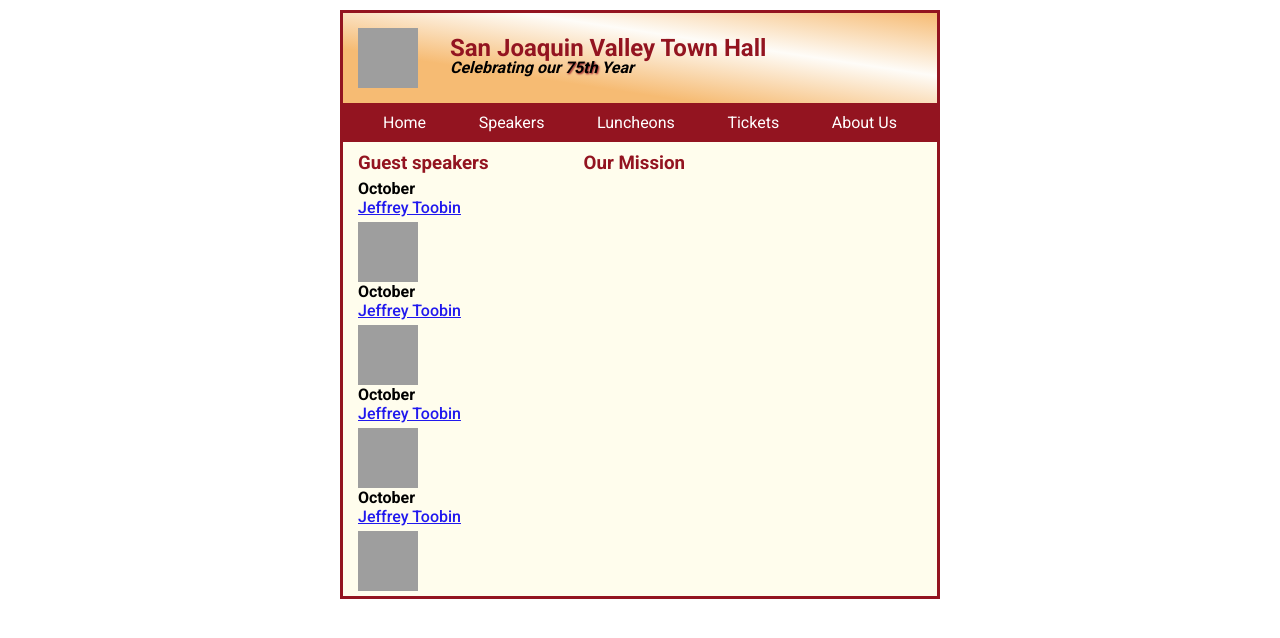
Repository: Mannj-nef/ex-5-6-7-8_IvVettech
Page: index.html
These files come from the project's save history. The page is drawn as it stood at one moment and after the next save; the edit follows.
The browser window is 1280 px wide. The pictures show the whole page.
Pictures or frames that could not be fetched are drawn as grey boxes.

Above is the page before, as saved 2022-03-24 21:54:57.

### index.html
<!DOCTYPE html>
<html lang="en">
  <head>
    <meta charset="UTF-8" />
    <meta http-equiv="X-UA-Compatible" content="IE=edge" />
    <meta name="viewport" content="width=device-width, initial-scale=1.0" />
    <link rel="stylesheet" href="./Asset/style.css" />
    <link rel="preconnect" href="https://fonts.googleapis.com" />
    <link rel="preconnect" href="https://fonts.gstatic.com" crossorigin />
    <link
      href="https://fonts.googleapis.com/css2?family=Roboto:wght@300;400;500;700&display=swap"
      rel="stylesheet"
    />
    <title>Exercise5-6</title>
    <link
      rel="shortcut icon"
      href="https://iviettech.vn/wp-content/themes/viettech/img/front/favicon.ico"
      type="image/x-icon"
    />
  </head>
  <body>
    <div id="app">
      <header id="header">
        <div class="header-top">
          <div class="header-image__wrapper">
            <img
              src="https://source.unsplash.com/random"
              alt=""
              class="header-image"
            />
          </div>
          <div class="header-main">
            <h2 class="header-main__title">San Joaquin Valley Town Hall</h2>
            <p class="header-main__decs">
              Celebrating our
              <span class="header-main__decs-b"
                >75 <span class="header-main__decs-c">th</span>
              </span>
              Year
            </p>
          </div>
        </div>
        <div class="header-nav">
          <ul class="header-nav__list">
            <li class="header-nav__item">
              <a href="" class="header-nav__link">Home</a>
            </li>
            <li class="header-nav__item">
              <a href="" class="header-nav__link">Speakers</a>
            </li>
            <li class="header-nav__item">
              <a href="" class="header-nav__link">Luncheons</a>
            </li>
            <li class="header-nav__item">
              <a href="" class="header-nav__link">Tickets</a>
            </li>
            <li class="header-nav__item">
              <a href="" class="header-nav__link">About Us</a>
            </li>
          </ul>
        </div>
      </header>
      <section id="content">
        <div class="content-left">
          <h3 class="content-title">Guest speakers</h3>

          <div class="content-left__member">
            <p class="content-left__member-month">October</p>
            <a href="" class="content-left__member-link">Jeffrey Toobin</a>
            <div class="content-left__member-avata-wrapper">
              <img
                src="https://source.unsplash.com/random"
                alt=""
                class="content-left__member-avata"
              />
            </div>
          </div>
          <div class="content-left__member">
            <p class="content-left__member-month">October</p>
            <a href="" class="content-left__member-link">Jeffrey Toobin</a>
            <div class="content-left__member-avata-wrapper">
              <img
                src="https://source.unsplash.com/random"
                alt=""
                class="content-left__member-avata"
              />
            </div>
          </div>
          <div class="content-left__member">
            <p class="content-left__member-month">October</p>
            <a href="" class="content-left__member-link">Jeffrey Toobin</a>
            <div class="content-left__member-avata-wrapper">
              <img
                src="https://source.unsplash.com/random"
                alt=""
                class="content-left__member-avata"
              />
            </div>
          </div>
          <div class="content-left__member">
            <p class="content-left__member-month">October</p>
            <a href="" class="content-left__member-link">Jeffrey Toobin</a>
            <div class="content-left__member-avata-wrapper">
              <img
                src="https://source.unsplash.com/random"
                alt=""
                class="content-left__member-avata"
              />
            </div>
          </div>
        </div>
        <div class="constent-right">
          <h3 class="content-title">Our Mission</h3>
        </div>
      </section>
    </div>
  </body>
</html>

### Asset/style.css
* {
  margin: 0;
  padding: 0;
  box-sizing: border-box;
}
html {
  font-family: "Roboto", sans-serif;
}
:root {
  --prymary-color: #931420;
  --white-color: #fff;
  --yellow-color: #ebc700;
  --blue-color: #2119ee;
  --size: 60px;
}

#app {
  margin: 10px auto;
  width: 600px;
  border: 3px solid var(--prymary-color);
}

#header {
}
.header-top {
  padding: 15px;
  display: flex;
  align-items: center;
  background-image: linear-gradient(
    to right top,
    #f6bb73 30%,
    #fefcf8,
    #f6bb73
  );
}
.header-image__wrapper {
  width: var(--size);
  height: var(--size);
  margin-right: 2em;
}
.header-image {
  width: 100%;
  height: 100%;
}
.header-main {
  line-height: 20px;
}
.header-main__title {
  color: var(--prymary-color);
}
.header-main__decs {
  color: #000;
  font-weight: 600;
  font-style: italic;
}
.header-main__decs-b {
  display: inline-flex;
  text-shadow: 1px 1px 2px var(--prymary-color);
}
.header-nav {
  background-color: var(--prymary-color);
}
.header-nav__list {
  list-style: none;
  display: flex;
  justify-content: space-between;
  padding: 0 20px;
}
.header-nav__item {
  padding: 10px 20px;
}
.header-nav__link {
  font-weight: 400;
  text-decoration: none;
  color: var(--white-color);
}
.header-nav__item:hover .header-nav__link {
  color: var(--yellow-color);
}

#content {
  background-color: #fffded;
  padding: 10px 15px;
  display: flex;
}

.content-left {
  width: 40%;
}
.content-title {
  color: var(--prymary-color);
}
.content-left__member {
}
.content-left__member-month {
  margin-top: 5px;
  font-weight: 600;
}
.content-left__member-link {
  font-weight: 500;
  color: var(--blue-color);
}
.content-left__member-avata-wrapper {
  width: var(--size);
  height: var(--size);
}
.content-left__member-avata {
  margin-top: 5px;
  width: 100%;
  height: 100%;
}
.constent-right {
  width: 60%;
}

After the next save:
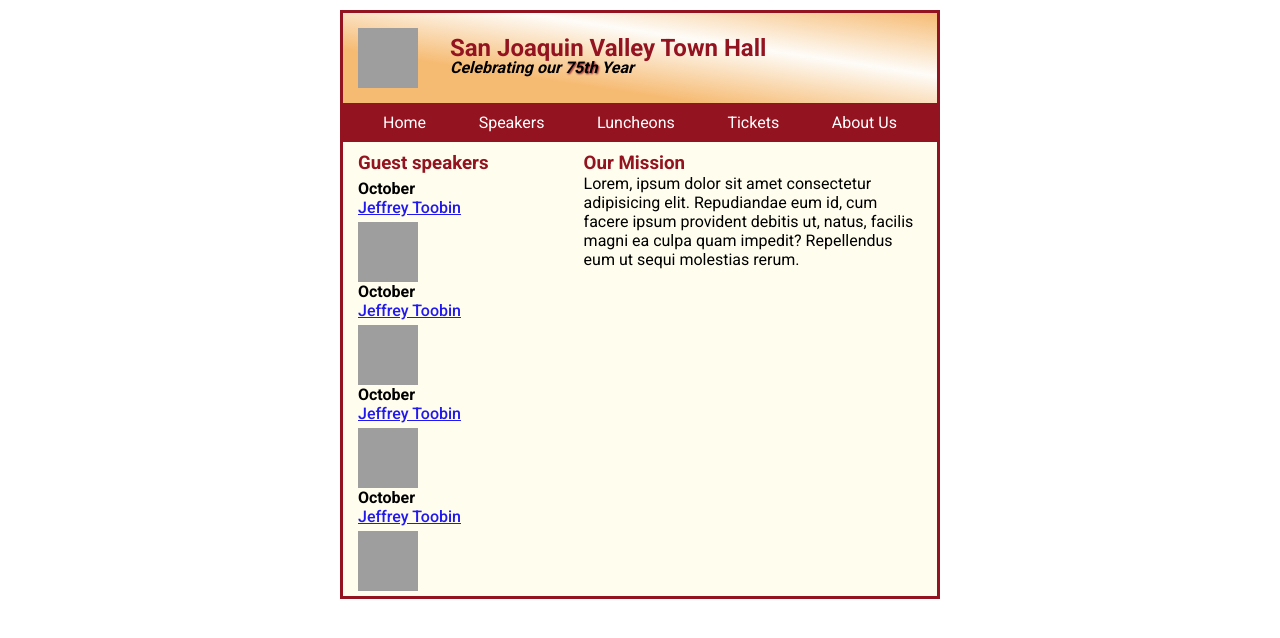
Saved 89 s later.
--- a/index.html
+++ b/index.html
@@ -111,6 +111,12 @@
         </div>
         <div class="constent-right">
           <h3 class="content-title">Our Mission</h3>
+          <p class="constent-right__desc">
+            Lorem, ipsum dolor sit amet consectetur adipisicing elit.
+            Repudiandae eum id, cum facere ipsum provident debitis ut, natus,
+            facilis magni ea culpa quam impedit? Repellendus eum ut sequi
+            molestias rerum.
+          </p>
         </div>
       </section>
     </div>
